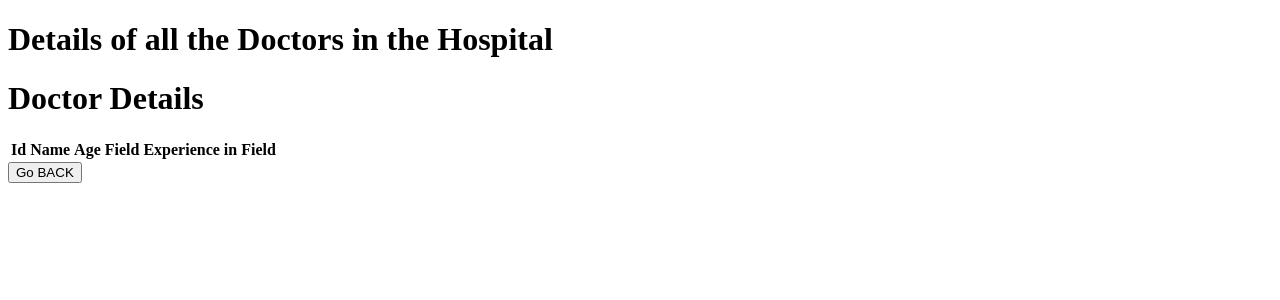
Repository: SangatiNithyaSai/SpringWorkspace
Page: http://localhost/alldoctors
These files come from the project's save history. The page is drawn as it stood at one moment and after the next save; the edit follows.
The browser window is 1280 px wide. The pictures show the whole page.
The page is this project's Thymeleaf template; nobody is signed in. The template is opened directly, without the code that normally fills it, so the values that code supplies are empty.

Above is the page before, as saved 2022-03-31 05:45:15.

After the next save:
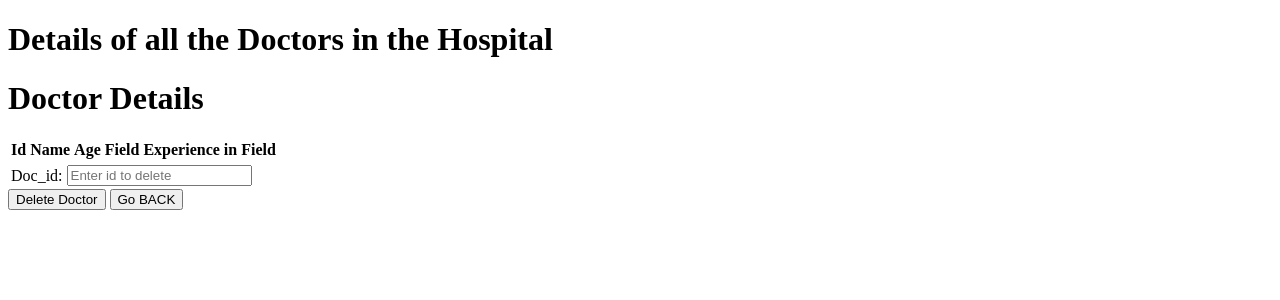
Saved 28 min 56 s later.
--- a/hospital-management/src/main/resources/templates/alldoctors.html
+++ b/hospital-management/src/main/resources/templates/alldoctors.html
@@ -25,6 +25,18 @@
     </body>
   </table>
 
+<table>
+      <tr>
+        <td>Doc_id:</td>
+        <td><input type="text"  placeholder="Enter id to delete"/></td>
+      </tr>
+  </table>
+      <button onclick="myFunction1()">Delete Doctor</button>
+<script>
+function myFunction1() {
+  location.replace("/HospitalManagement/adminoperation")
+}
+</script>
 
 
    <button onclick="myFunction()">Go BACK</button>
